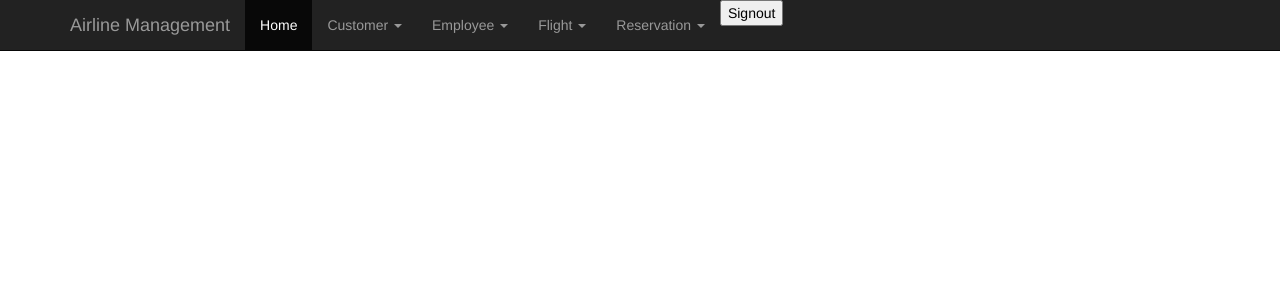
Repository: harshadrane89/CMPE273-WebService-AirlineManagement
Page: http://localhost/AirlineManagementSystemClient/TwitterGUI/Navbar.jsp
The author's editor kept a copy of each file at every save. The page is drawn from the files as they stood at one save, then again after the next save.
The browser window is 1280 px wide. The pictures show the whole page.
Some web libraries are served in a nearby version. The page is served by Tomcat 9.

Above is the page before, as saved 2013-12-09 00:51:00.

After the next save:
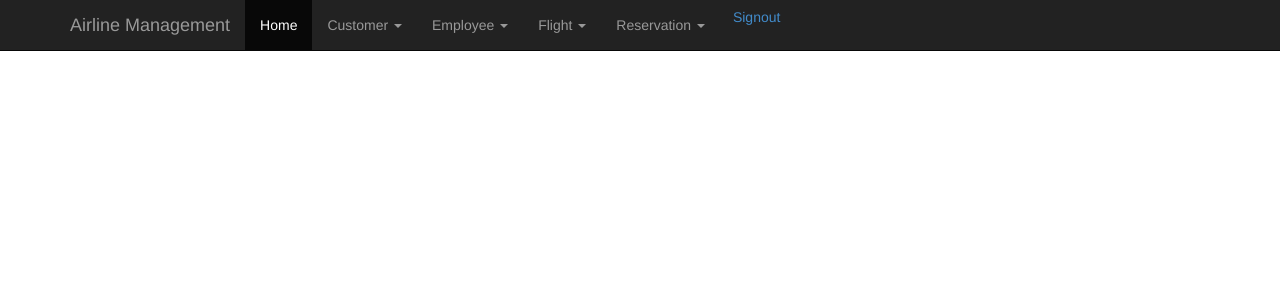
Saved 12 s later.
--- a/273_Project_Tomcat/AirlineManagementSystemClient/WebContent/TwitterGUI/Navbar.jsp
+++ b/273_Project_Tomcat/AirlineManagementSystemClient/WebContent/TwitterGUI/Navbar.jsp
@@ -65,7 +65,7 @@
 
 
 					</ul>
-					<input type="submit" value="Signout" align="left" >
+					<input type="submit" value="Signout" align="left" class="btn btn-link">
 				</div>
 				<!--/.nav-collapse -->
 			</div>
